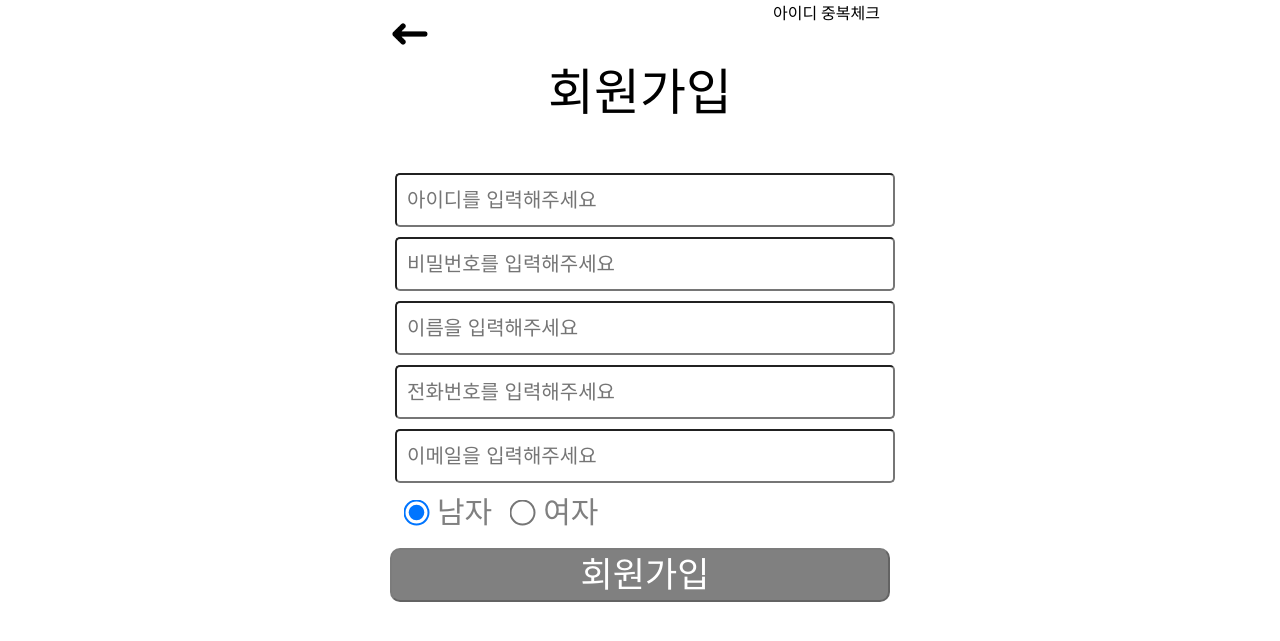
Repository: jaehunjeong4103/WebProject
Page: http://localhost/Web/view/member/register?id=1
An editor plug-in stored every save of this project. The page is shown before and after a run of saves, followed by the edit.
The browser window is 1280 px wide. The pictures show the whole page.
Some web fonts or font styles are not loaded; a fallback is used. The page is served by Tomcat 9.

Above is the page before, as saved 2023-06-05 08:16:58.

After the next 2 saves:
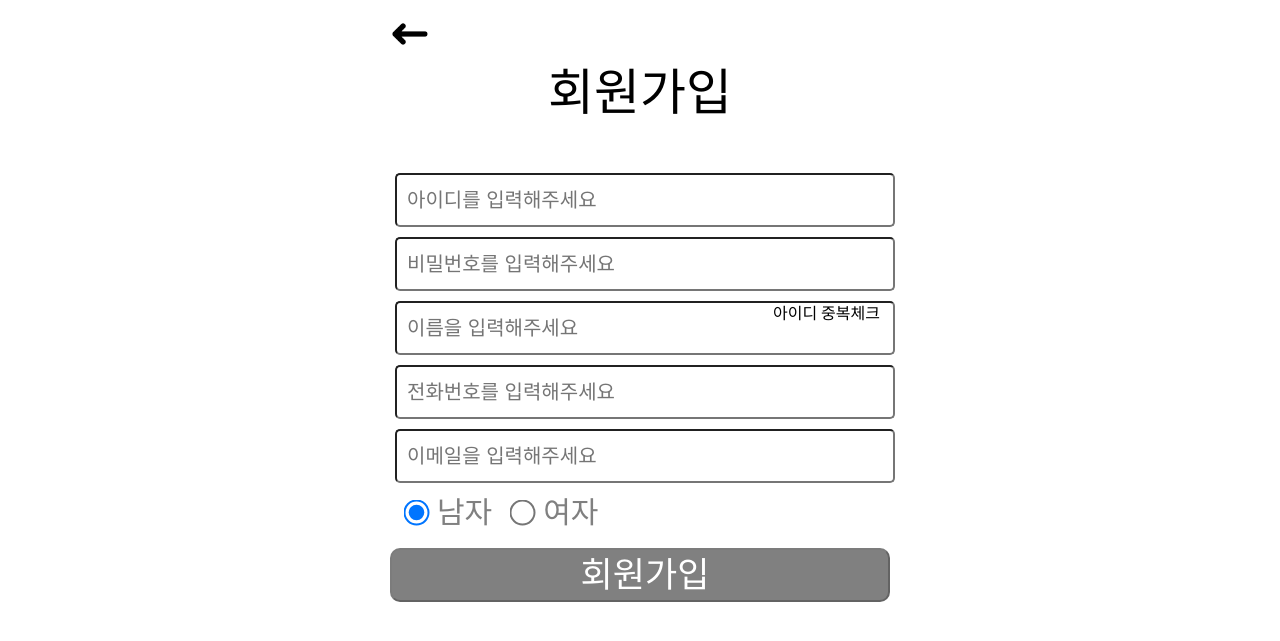
The 2 saves are shown as one change because they came seconds apart.
The last was saved 18 s later.
--- a/Web/src/main/webapp/css/register.css
+++ b/Web/src/main/webapp/css/register.css
@@ -11,7 +11,7 @@ body {
 
 a#id_check {
 	position: absolute;
-	top: 0;
+	top: 300px;
 	right: 10px;
 }
 
